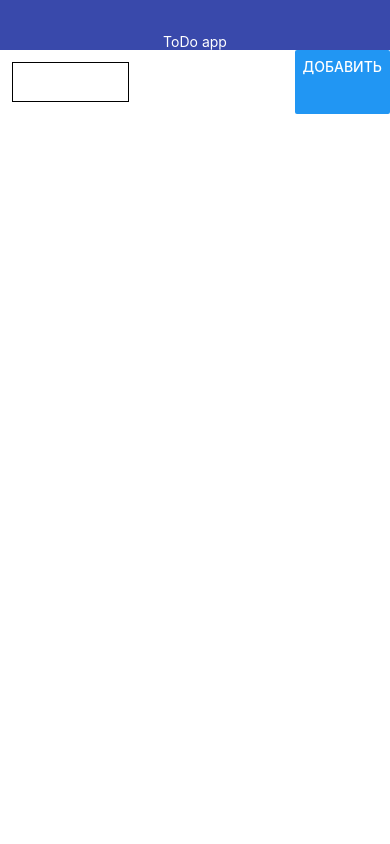
Repository: saint-fons/React-Native-Expo-TypeScript-Hooks
Screen: /
An editor plug-in stored every save of this project. The screen is shown before and after the next save, followed by the edit.
The app was drawn by React Native's web renderer in a window 390 px wide. The project was rebuilt for these pictures with package versions that can differ from the ones it lists, and the page was loaded fresh each time.

Above is the screen before, as saved 2021-07-26 17:30:35.

After the next save:
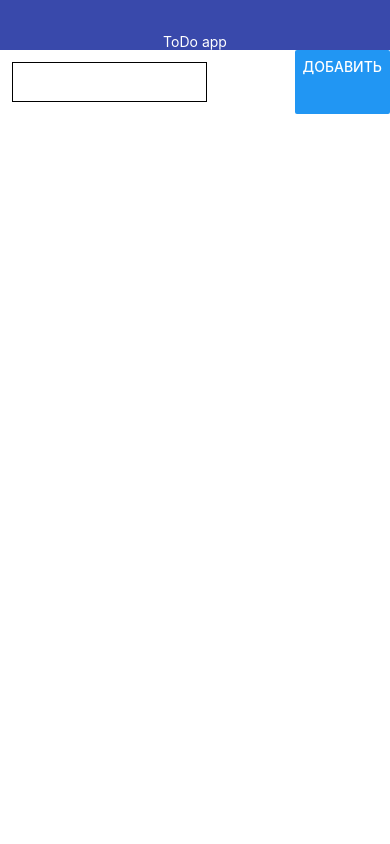
Saved 8 s later.
--- a/components/AddTodo.tsx
+++ b/components/AddTodo.tsx
@@ -28,7 +28,7 @@ const styles = StyleSheet.create({
         height: 40,
         margin: 12,
         borderWidth: 1,
-        width: "30%"
+        width: "50%"
     },
 });
 
